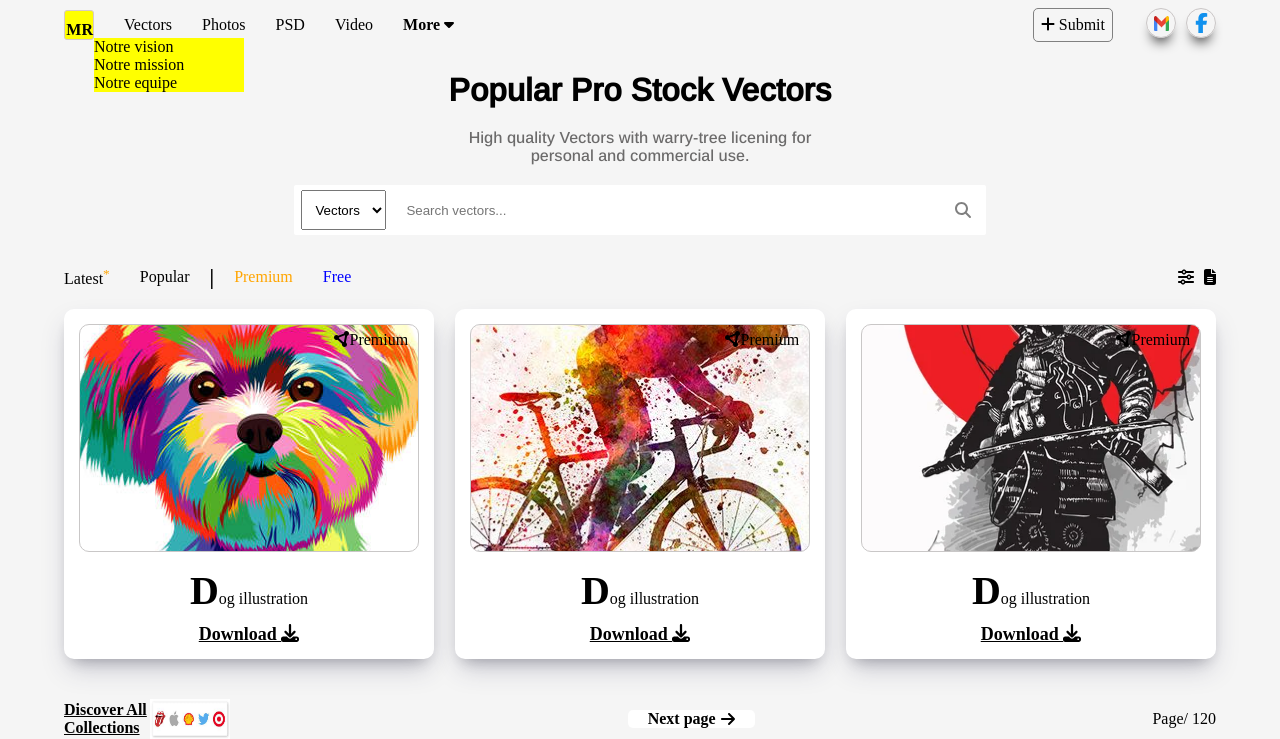
Repository: kegbaDev/VectorTemplate
Page: /
The author's editor kept a copy of each file at every save. The page is drawn from the files as they stood at one save, then again after the next save.
The browser window is 1280 px wide. The pictures show the whole page.
The project was rebuilt for these pictures with package versions that can differ from the ones it lists, and the page was loaded fresh each time. Also part of the build but not shown: vite.config.js.

Above is the page before, as saved 2023-04-14 01:54:57.

After the next save:
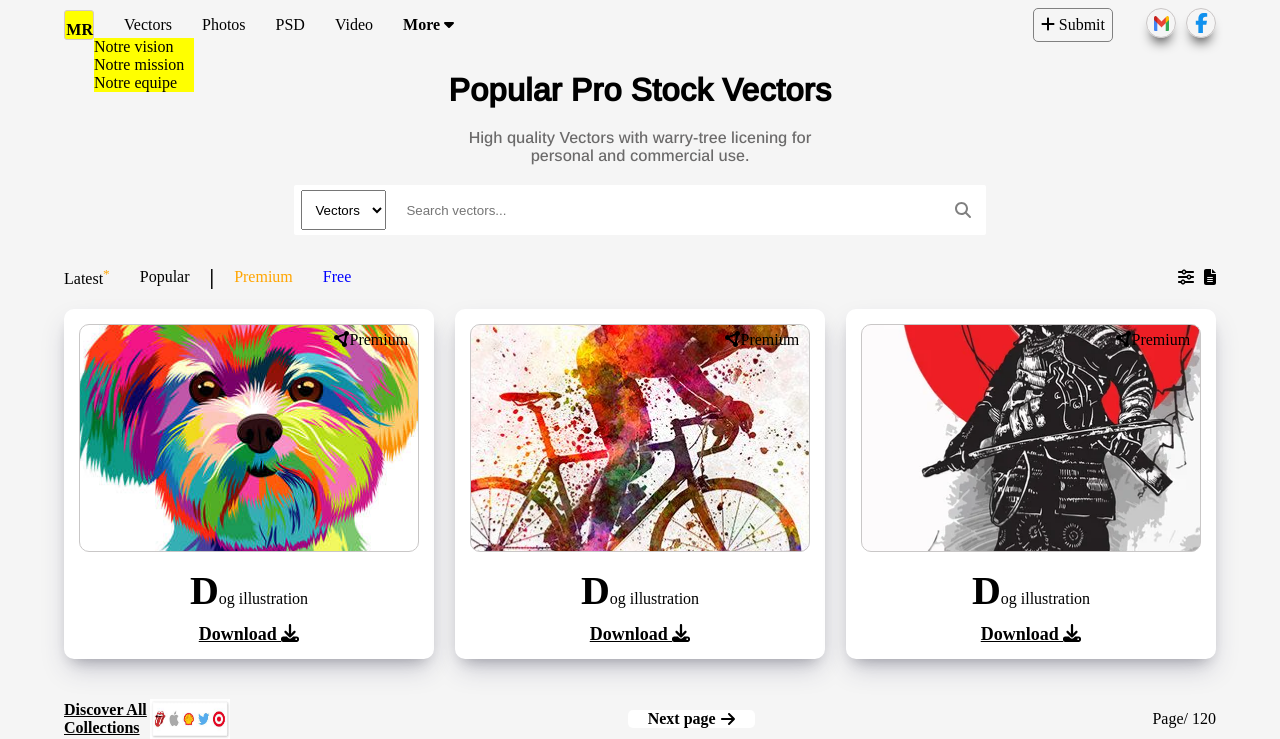
Saved 18 s later.
--- a/src/App.vue
+++ b/src/App.vue
@@ -242,7 +242,7 @@ ul li{
   position: absolute;
   display: block;
   background-color: yellow;
-  width: 150px;
+  width: 100px;
   margin-left: -30px;
   top: 30px;
 }
